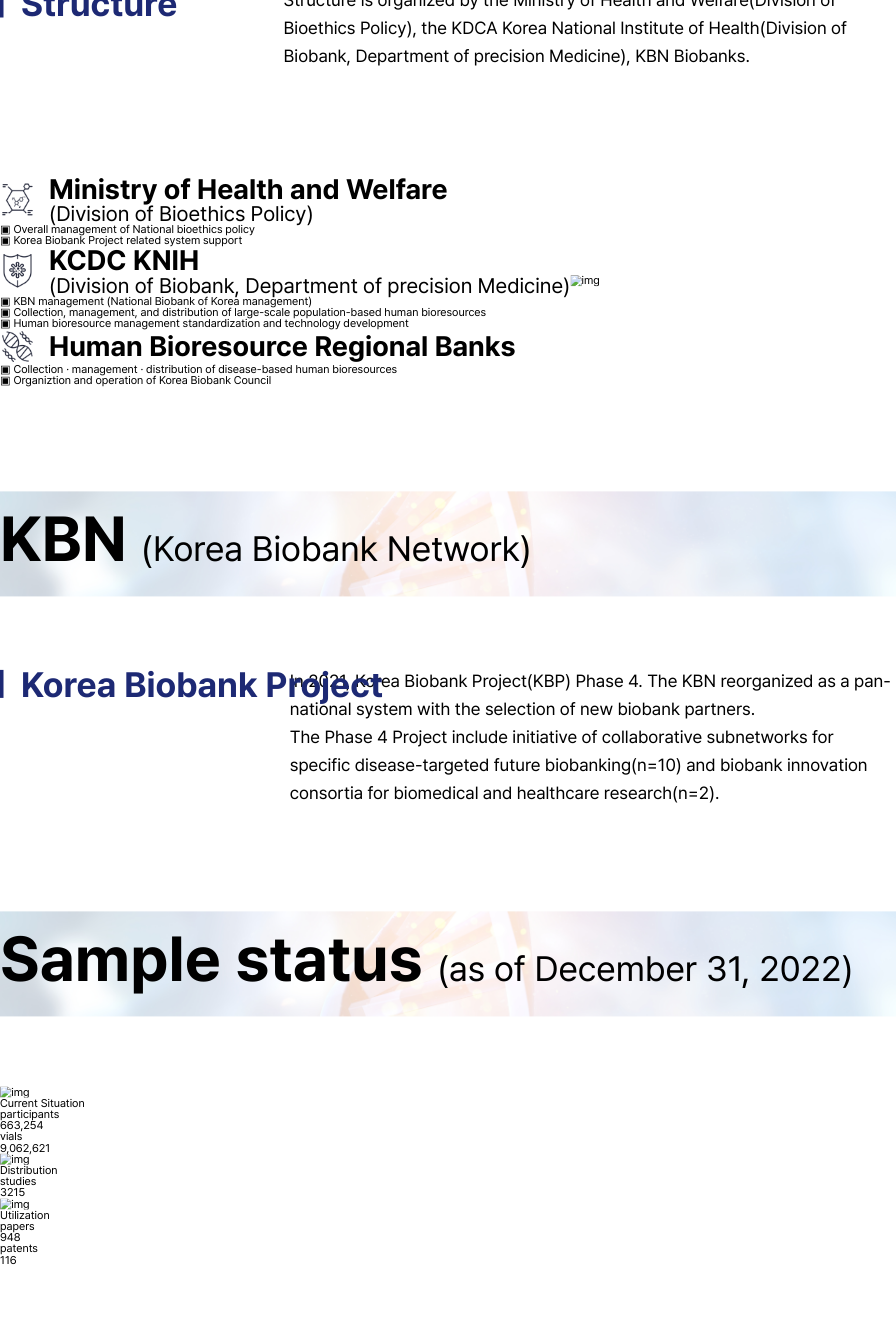
Repository: dlgywls1130/kbn_makedit
Page: index.html
These files come from the project's save history. The page is drawn as it stood at one moment and after the next save; the edit follows.
The browser window is 1280 px wide. The pictures show the part of the page from y = 1730 to 3650 px (the page is 4869 px tall before and 4871 px after), at 70% of full size.
Some web libraries are served in a nearby version.

Above is the page before, as saved 2023-10-15 16:14:45.

### index.html
<!DOCTYPE html>
<html lang="en">
<head>
    <meta charset="UTF-8">
    <meta name="viewport" content="width=device-width, initial-scale=1.0">
    <title>KBN</title>

    <link rel="stylesheet" href="./css/reset.css">
    <link rel="stylesheet" href="./css/style.css">

    <!-- slick css -->
    <link rel="stylesheet"  type="text/css" href="./css/slick.css">

</head>
<body>

    <!-- header -->
    <header>
        <div class="header_wrapper">
            <div class="header_logo">
                <img src="./image/logo.png" alt="logo">
            </div>
            <ul class="nav_list">
                <li><a href="#about"> About us</a></li>
                <li><a href="#kbn">KBN</a></li>
                <li><a href="#sample">Sample status</a></li>
                <li><a href="#distribution">Distribution procedure</a></li>
                <li><a href="#biobanks">KBN Biobanks</a></li>
            </ul>
            <div class="header_en">
                <div class="en_icon">
                    <img src="./image/language.png" alt="icon">
                </div>
                <p>EN</p>
            </div>
        </div>

    </header>


    <!-- main banner -->
    <section>
        <div class="main_banner">
            <div class="slide_wrap">
                <div class="slide_list first-slide">
                    <div class="slide_content">
                        <h2 class="slide_title">
                            The Biggest Disease-based
                            <Br>Human Biobank Network of Korea
                        </h2>
                        <p class="slide_sub">
                            KBN, the largest biobank network in korea, collects, manages, and holds disease-based
                            <Br>human bioresources, i.e. various samples of more than 600,000 individuals.
                        </p>
                    </div>
                </div>
                <div class="slide_list second-slide">
                    <div class="slide_content">
                        <h2 class="slide_title">
                            KBN Distribution Support Center
                        </h2>
                        <p class="slide_sub">
                            The Center provides human bioresources, and clinical and epidemiological information
                            <Br> held by KBN biobanks nationwide and actively supports the distribution.

                        </p>
                    </div>
                </div>
                <div class="slide_list three-slide">

                    <div class="slide_content">
                        <h2 class="slide_title">
                            KBN Provides On-line Searching Database
                            <Br>and Operates Distribution Support Center
                        </h2>
                        <p class="slide_sub">
                            Researchers conduct KBN human bioresource search, while the distribution support
                            <Br>center provides services customized to individual users.
                        </p>
                    </div>
                </div>
            </div>
        </div>
    </section>

    <!-- about us -->
    <section id="about">
        <div class="about_wrap">
            <div class="content_width">
                <h2 class="section_title">About us</h2>
            </div>

            <div class="about-us">
                <div class="about_content">
                    <div class="content_list mb-100">
                        <div class="list_main">
                            KBN Portal
                        </div>
                        <div class="list_descript">
                            <p class="mb-50">The Korea Biobank Network’s Human Bioresource Sharing and Access Platform, established in 2019, aims
                            to expand the accessibility of the disease-based bioresources collected through KBN and develop a
                            system to collect high-quality standard clinical information, thereby establishing a distribution support
                            system tailored to researchers.</p>

                            <p>The KBN portal is the largest shared open platform for disease-based resource owned by KBN biobanks
                            involved in KDCA(Korea Disease Control and Prevention Agency) KBP(Korea Biobank Project).
                            It discloses and shares related information including disease-based resource status, systematic search,
                            efficient distribution, and utilization outcomes to researchers in order to improve the efficient utilization of
                            national disease-based resources.</p>
                        </div>
                    </div>
                    <div class="content_list">
                        <div class="list_main">
                            Structure
                        </div>
                        <div class="list_descript">
                            <p>Structure is organized by the Ministry of Health and Welfare(Division of Bioethics Policy), the KDCA Korea
                                National Institute of Health(Division of Biobank, Department of precision Medicine), KBN Biobanks.</p>
                        </div>
                    </div>
                </div>
                <div class="about_acodian">
                    <div class="acodian_list">
                        <div class="accordion-item">
                            <h3 class="title">
                                <div class="acodian_icon">
                                    <img src="./image/about_ico1.png" alt="icon">
                                </div>
                                <p>Ministry of Health and Welfare
                                    <span>(Division of Bioethics Policy)</span>
                                </p>

                            </h3>
                            <div class="paragraph">
                                <p>▣ Overall management of National bioethics policy</p>
                                <p>▣ Korea Biobank Project related system support</p>
                            </div>
                        </div>
                        <div class="accordion-item">
                            <h3 class="title">
                                <div class="acodian_icon">
                                    <img src="/image/about_ico2.png" alt="icon">
                                </div>
                                <p>KCDC KNIH
                                    <span>(Division of Biobank, Department of precision Medicine)</span>
                                </p>

                            </h3>
                            <div class="paragraph">
                                <p>▣ KBN management (National Biobank of Korea management)</p>
                                <p>▣ Collection, management, and distribution of large-scale population-based human bioresources </p>
                                <p>▣ Human bioresource management standardization and technology development</p>
                            </div>
                        </div>
                        <div class="accordion-item">
                            <h3 class="title">
                                <div class="acodian_icon">
                                    <img src="/image/about_ico3.png" alt="icon">
                                </div>
                                <p>Human Bioresource Regional Banks</p>

                            </h3>
                            <div class="paragraph">
                                <p>▣ Collection · management · distribution of disease-based human bioresources</p>
                                <p>▣ Organiztion and operation of Korea Biobank Council</p>
                            </div>
                        </div>
                    </div>
                    <div class="acodian_circle">
                        <img src="" alt="img">
                    </div>
                </div>
            </div>
        </div>

    </section>

    <!-- kbn -->

    <section id="kbn">
        <div class="kbn_wrap">
            <div class="content_width">
                <h2 class="section_title">KBN <span>(Korea Biobank Network)</span></h2>
            </div>
            <div class="kbn_content">
                <div class="content_list">
                    <div class="list_main">
                        Korea Biobank Project
                    </div>
                    <div class="list_descript">
                        <p>In 2021, Korea Biobank Project(KBP) Phase 4. The KBN reorganized as a pan-national system with the
                            selection of new biobank partners.
                            </p>

                        <p>The Phase 4 Project include initiative of collaborative subnetworks for specific disease-targeted future
                            biobanking(n=10) and biobank innovation consortia for biomedical and healthcare research(n=2).
                            </p>
                    </div>
                </div>
                <div class="kbn_guidance_wrap">

                </div>
            </div>
        </div>

    </section>

    <!-- sample -->

    <section id="sample">
        <div class="sample_wrap">
            <div class="content_width">
                <h2 class="section_title">Sample status <span>(as of December 31, 2022)</span></h2>
            </div>
            <div class="sample_content">
                <div class="sample_list">
                    <div class="sample_list_left">
                        <div class="sample_list_icon">
                            <img src="" alt="img">
                        </div>
                        <div class="sample_list_title">
                            Current Situation
                        </div>
                    </div>
                    <div class="sample_list_right">
                        <div class="right_span">
                            <span>participants</span>
                            <p>663,254</p>
                        </div>
                        <div class="right_span">
                            <span>vials</span>
                            <p>9,062,621</p>
                        </div>
                    </div>
                </div>
                <div class="sample_list">
                    <div class="sample_list_left">
                        <div class="sample_list_icon">
                            <img src="" alt="img">
                        </div>
                        <div class="sample_list_title">
                            Distribution
                        </div>
                    </div>
                    <div class="sample_list_right">
                        <div class="right_span">
                            <span>studies</span>
                            <p>3215</p>
                        </div>
                    </div>
                </div>
                <div class="sample_list">
                    <div class="sample_list_left">
                        <div class="sample_list_icon">
                            <img src="" alt="img">
                        </div>
                        <div class="sample_list_title">
                            Utilization
                        </div>
                    </div>
                    <div class="sample_list_right">
                        <div class="right_span">
                            <span>papers</span>
                            <p>948</p>
                        </div>
                        <div class="right_span">
                            <span>patents</span>
                            <p>116</p>
                        </div>
                    </div>
                </div>
            </div>
        </div>

    </section>

    <!-- Distribution  -->
    <section id="distribution">
        <div class="distribution_wrap">
            <div class="content_width">
                <h2 class="section_title white">Distribution procedure</h2>
            </div>
            <div class="distribution_about">
                <div class="content_list">
                    <div class="list_main">
                        Procedure
                    </div>
                    <div class="list_descript">
                        <p>KBN Human bioresources application procedure for distribution.</p>

                        <p>KBN distributes the collected human bioresources to researchers for domestic healthcare R&D.
                            For access to, researcher(s) residing in Korea and carrying out a research project that has obtained IRB
                            approval(or exemption) can apply for access to human bioresource distribution, and if approved by the
                            Access and Sharing Committee, the bioresources are released.
                        </p>
                    </div>
                </div>
                <div class="text_slide">

                </div>
            </div>
        </div>
    </section>

    <!-- Biobanks  -->
    <section id="biobanks">
        <div class="biobank_wrap">
            <div class="content_width">
                <h2 class="section_title">KBN Biobanks <span>- targeted diseases</span></h2>
            </div>
            <div class="biobank_content">
                <div class="biobank_tab">

                </div>

            </div>
        </div>

    </section>

    <!-- logo slide -->
    <section>
        <div class="logo_loop">

        </div>
    </section>

    <!-- footer -->
    <footer>
        <div class="footer_wrap">
            <div class="footer_left">
                <h3 class="footer_title">
                    CONTACT US
                </h3>

                <div class="footer_contain">
                    <ul>
                        <li class="footer_text">kbnysvc@gmail.com</li>
                        <li class="footer_phone">+82 -31-546-2715</li>
                        <li class="footer_text">Monday-Friday 8:30am ~ 5:30pm</li>
                        <li class="footer_text">(Saturday and Sunday, Holidays : ClOSED)</li>
                    </ul>
                    <ul>
                        <li><img src="" alt="icon"></li>
                        <li><img src="" alt="icon"></li>
                    </ul>
                </div>

                <p>Yongin Severance Hospital 363, Dongbaekjukjeon-daero, Giheung-gu, Yongin-si, Gyeonggi-do 16995, Republic of Korea</p>
            </div>

            <div class="footer_right">
                <div class="right_top">
                    <h3 class="footer_title">
                        SOCIAL LINKS
                    </h3>
                    <div class="footer_sns">
                        <a href="" class="link_sns">
                            <img src="" alt="sns">
                        </a>
                        <a href="" class="link_sns">
                            <img src="" alt="sns">
                        </a>
                        <a href="" class="link_sns">
                            <img src="" alt="sns">
                        </a>

                    </div>
                </div>
                <div class="right_bottom">
                    <h3 class="footer_title">
                        RELATED SITE
                    </h3>
                    <div class="link_site">
                        <a href="" class="site_link">
                            <img src="" alt="link">
                        </a>
                        <a href="" class="site_link">
                            <img src="" alt="link">
                        </a>

                    </div>
                </div>

            </div>
        </div>
        <div class="footer_copy">
            <p>YONSEI UNIVERSITY, YONGIN SEVERANCE HOSPITAL. ALL RIGHTS RESERVED </p>
            <div class="copy_right">
                <p>Personal information processing policy</p>
                <p>Terms and Conditions</p>
            </div>
        </div>
    </footer>


    <script type="text/javascript" src="//code.jquery.com/jquery-1.11.0.min.js"></script>
    <script src="./js/slick.min.js"></script>
    <script src="./js/main.js"></script>
</body>
</html>

### css/style.css
:root{
    --main-text:#1D2974;
    --black-text:#000;
}


/* common */

body{
    font-family: 'pretendard',sans-serif ;
}

/* font */
@font-face {
    font-family: pretendard;
    src: url('/font/Pretendard-Regular.woff2') format('woff2'),
    url('/font/Pretendard-Regular.woff') format('woff'),
    url('/font/Pretendard-Regular.ttf') format('ttf'),
    url('/font/Pretendard-Regular.otf') format('otf');
    font-weight: 400;
}

@font-face {
    font-family: pretendard;
    src: url('/font/Pretendard-Medium.woff2') format('woff2'),
    url('/font/Pretendard-Medium.woff') format('woff'),
    url('/font/Pretendard-Medium.ttf') format('ttf'),
    url('/font/Pretendard-Medium.otf') format('otf');
    font-weight: 500;
}

@font-face {
    font-family: pretendard;
    src: url('/font/Pretendard-Bold.woff2') format('woff2'),
    url('/font/Pretendard-Bold.woff') format('woff'),
    url('/font/Pretendard-Bold.ttf') format('ttf'),
    url('/font/Pretendard-Bold.otf') format('otf');
    font-weight: 700;
}


section{margin-bottom:150px;}

.section_title{
    font-size: 90px;
    font-weight: 700;
    line-height:40px;
    max-width: 1680px;
    width: 100%;
    margin: 0 auto;
}

.section_title span{
    font-weight: 300;
    font-size: 50px;
}

.content_width{
    width: 100%;
    height: 150px;
    background:url('/image/title_back.jpg');
    background-repeat: no-repeat;
    background-size:cover;
    margin-bottom: 100px;
    display: flex;
    align-items: center;
}

.content_list {
    display: flex;
    align-items: flex-start;
    justify-content: space-between;
}

.content_list .list_main{
    position: relative;
    width: 30%;
    font-size: 50px;
    font-weight: 700;
    color: var(--main-text);
    white-space: nowrap;
    padding-left: 30px;
}

.content_list .list_main::before{
    position: absolute;
    content: '';
    left: 0;
    top: 50%;
    transform: translate(0,-50%);
    height: 40px;
    width: 5px;
    background: var(--main-text);
}

.content_list .list_descript{
    width: 70%;
}

.content_list .list_descript p{
    font-size: 25px;
    font-weight: 300;
    line-height: 40px;
}


/* common margin */

.mb-50{margin-bottom: 50px;}
.mb-100{margin-bottom: 100px;}


/* header */

header{
    position: fixed;
    top: 0;
    left: 0;
    background: #fff;
    width: 100%;
    height: 138px;
    padding: 28px 0;
    box-sizing: border-box;
    z-index: 9;
}

.header_wrapper{
    max-width: 1680px;
    width: 100%;
    margin: 0 auto;
    display: flex;
    align-items: center;
    justify-content: space-between;
}

.header_logo{
    width: 250px;
    height: 80px;
}

.header_logo img{
    width: 100%;
    height: 100%;
    object-fit: contain;
}

.header_wrapper .nav_list{
    display: flex;
}

.header_wrapper .nav_list li{
    padding: 0 50px;
}

.header_wrapper .nav_list li a{
    font-size: 25px;
    font-weight: 500;
    line-height: 0.03em;
    text-decoration: none;
    color:var(--black-text);
}

.header_en{display: flex; align-items: center;}

.header_en .en_icon{
    width: 24px;
    height: 24px;
}

.header_en .en_icon img{
    width: 100%;
    height: 100%;
    object-fit: contain;
}

.header_en p{
    margin-left: 8px;
    font-size: 20px;
    font-weight: 700;
}

/* main_banner */

.slide_wrap .slide_list{
    width: 100%;
    height: 100vh;
    position: relative;
}

.slide_wrap .slide_list.first-slide{
    background: url('/image/main_slide1.jpg');
    background-repeat: no-repeat;
    background-position: right center;
    background-size: cover;
}

.slide_wrap .slide_list.second-slide{
    background: url('/image/main_slide2.jpg');
    background-repeat: no-repeat;
    background-position: center center;
    background-size: cover;
}

.slide_wrap .slide_list.three-slide{
    background: url('/image/main_slide3.jpg');
    background-repeat: no-repeat;
    background-position: left center;
    background-size: cover;
}

.slide_content{
width: 100%;
position: absolute;
right: 8%;
top: 40%;
transform: translate(0,-50%);
}

.slide_content .slide_title{
    font-size: 60px;
    font-weight: 700;
    color: #fff;
    letter-spacing: 0.07em;
    text-align: right;
}

.slide_content .slide_sub{
    font-size: 25px;
    font-weight: 400;
    color: #fff;
    letter-spacing: 0.04em;
    text-align: right;
    margin-top: 40px;
}

.slick-dots{
    display: flex!important;
    align-items: center;
    position: absolute;
    top: 65%;
    right: 8%;
    column-gap: 30px;
}

.slick-dots button {
    color: rgba(2255,255,255,0.45);
    background:none;
    border-bottom:5px solid rgba(255,255,255,0.45);
    font-size: 25px;
    font-weight: 700;
    padding-bottom: 15px;
    border-top: none;
    border-left: none;
    border-right: none;
    box-shadow: none;
    outline: none;
}

.slick-dots button:hover,
.slick-dots .slick-active button {
    border-bottom:5px solid rgba(255,255,255,1);
    color: rgba(255,255,255,1);
}

.slick-arrow{
position: absolute;
top: 55%;

}

.slick-next{
    right: 8%;
    transform: rotate(45deg);
}

.slick-prev{
    right: 10%;
    z-index: 1;
    transform: rotate(225deg);
}

.arrow{
    width: 30px; /* 사이즈 */
    height: 30px; /* 사이즈 */
    border-top: 8px solid #fff; /* 선 두께 */
    border-right: 8px solid #fff; /* 선 두께 */
}


/* about us */
.about-us{
    max-width: 1680px;
    margin: 0 auto;
}

.about_content{
    margin-bottom: 150px;
}

.about_acodian{
    display: flex;
    align-items: center;
}

.accordion-item .title{
 display: flex;
 align-items: center;

}

.accordion-item .title p{
    font-size: 40px;
    font-weight: 700;
    color: #000;
    margin-left: 20px;
}

.accordion-item .title p span{
    font-size: 30px;
    font-weight: 300;
    display: block;
}

.accordion-item .acodian_icon{
    width: 50px;
    height: 50px;
}

.accordion-item .acodian_icon img{
    width: 100%;
    height: 100%;
}

### js/main.js
// main banner

$('.slide_wrap').slick({
    slidesToShow: 1,
    arrows: true,
    dots:true,
    autoplay: true,
  autoplaySpeed: 2000,
  infinite: true,
  prevArrow: '<div class="arrow slick-prev"></div>',
    nextArrow: '<div class="arrow slick-next"></div>',
  customPaging: function(slider, i) {
    var titles = ['Biobank', 'Support Center', 'On-line Searching'];
    return '<button>' + titles[i] + '</button>';
}
  });

Loaded but not shown: css/reset.css (common file); css/slick.css (common file); js/slick.min.js (library)

After the next save:
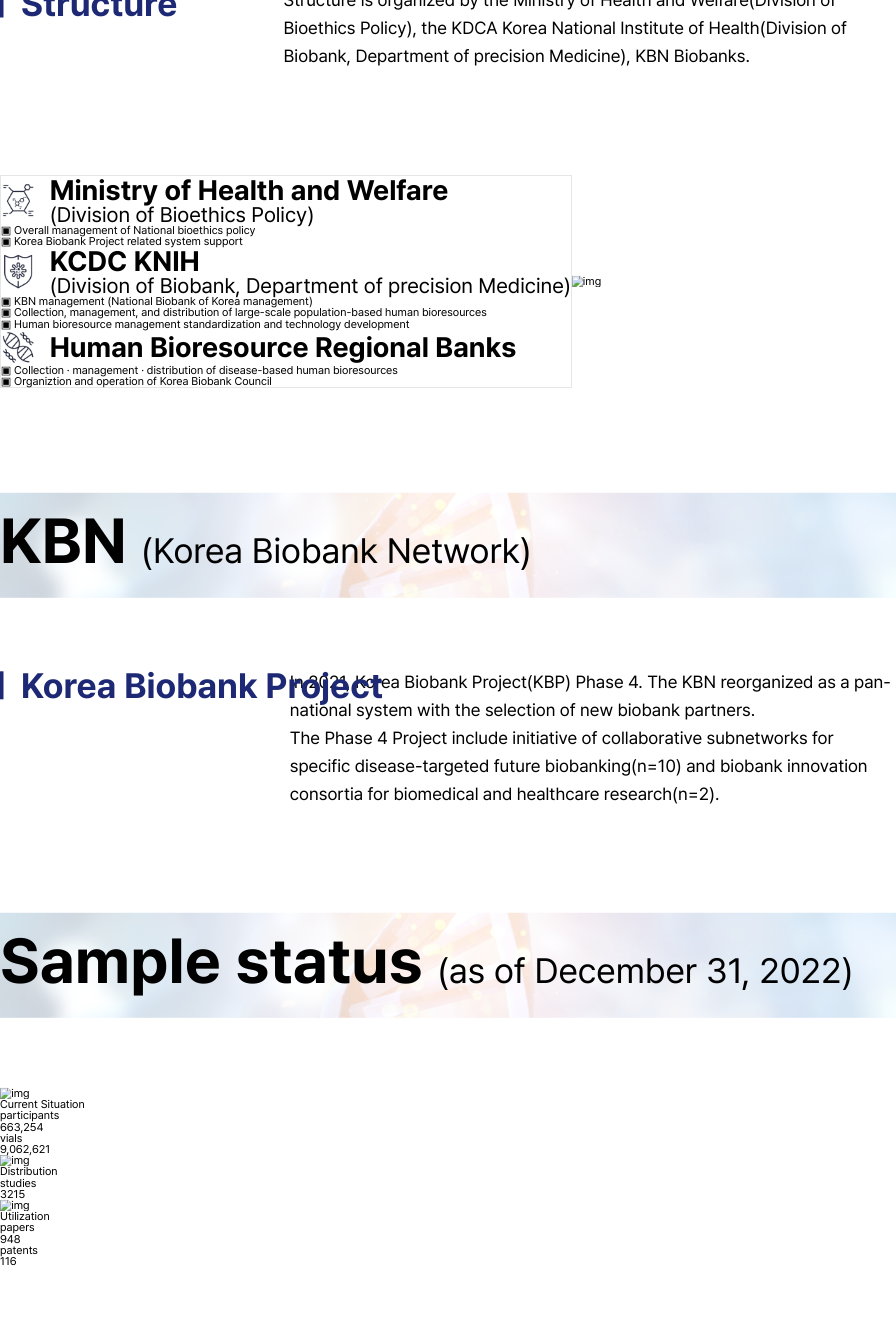
Saved 3 min 0 s later.
--- a/css/style.css
+++ b/css/style.css
@@ -302,10 +302,13 @@
     align-items: center;
 }
 
+.acodian_list{
+    border: 1px solid #DCDCDC;
+}
+
 .accordion-item .title{
  display: flex;
  align-items: center;
-
 }
 
 .accordion-item .title p{
